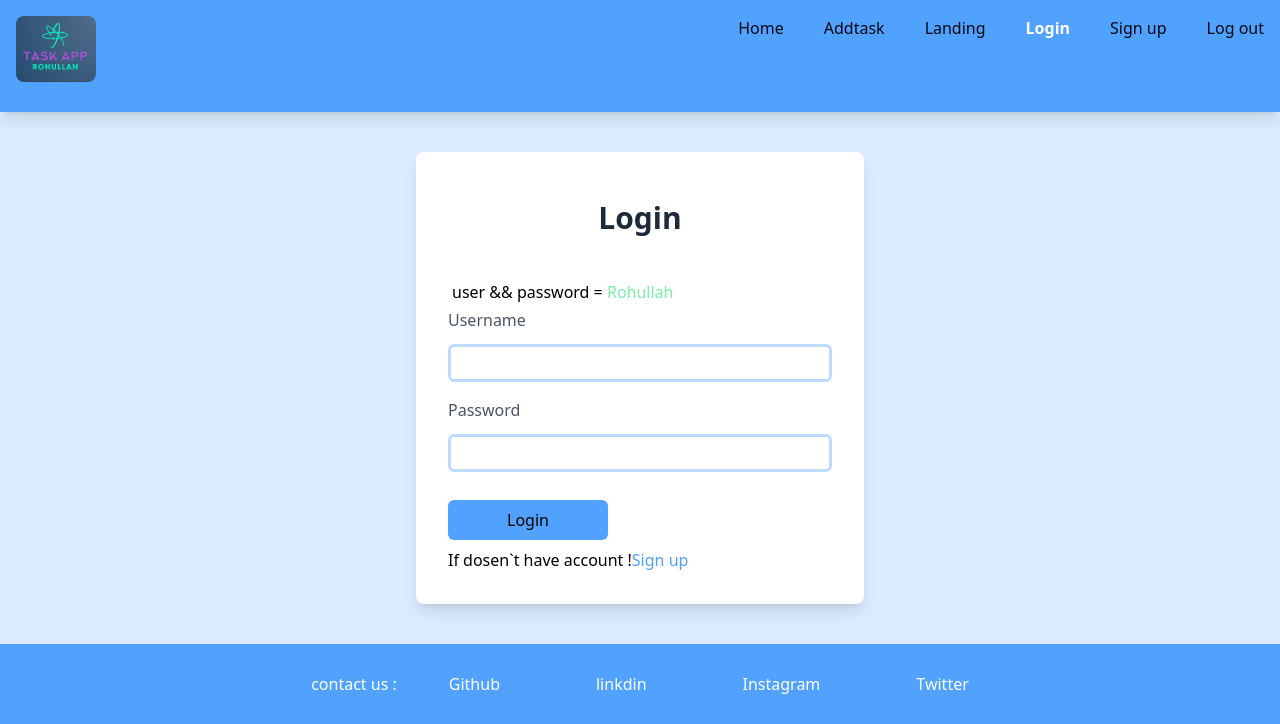
Repository: Rohullah-Noori/TaskApp
Page: /
These files come from the project's save history. The page is drawn as it stood at one moment and after the next save; the edit follows.
The browser window is 1280 px wide. The pictures show the whole page.
The project was rebuilt for these pictures with package versions that can differ from the ones it lists, and the page was loaded fresh each time. Also part of the build but not shown: vite.config.js, src/components/Loader.jsx, src/pages/Landing.jsx, src/pages/Home.jsx, src/pages/Signup.jsx, src/pages/Addtask.jsx, src/pages/Edittask.jsx, src/pages/Errorpage.jsx and 1 more.

Above is the page before, as saved 2025-03-13 13:33:57.

### src/index.css
@import "tailwindcss";

.input {
  @apply border-3 border-blue-200 focus:outline-blue-500 w-full rounded-md p-1;
}

.containerForm {
  @apply flex items-center justify-center  p-10 h-[90%] bg-blue-100 flex-grow overflow-y-auto;
}
.parentContainerForm {
  @apply max-w-md bg-white p-8 rounded-lg shadow-lg w-[90%];
}

.heading {
  @apply text-xl sm:text-2xl md:text-3xl font-bold mb-6 text-gray-800 text-center p-1 md:p-4;
}

.taskContainer {
  @apply bg-blue-100 lg:h-full min-h-107 justify-center flex;
}
.taskinnerContainer {
  @apply mt-10 text-center h-[90%]  shadow-lg bg-amber-50  rounded-xl p-10  max-w-md w-full;
}

.btndesign {
  @apply mt-3 cursor-pointer rounded-md py-2 mb-2 w-[50%] text-wrap sm:w-40 bg-blue-400  hover:bg-blue-500 hover:text-white;
}

### src/App.jsx
import { TasksProvider } from "./components/TaskContext";
import { BrowserRouter as Router, Routes, Route } from "react-router-dom";
import PrivateRoute from "./components/PrivateRoute";
import { AuthProvider } from "./components/PrivateContext";
import Landing from "./pages/Landing";
import Home from "./pages/Home";
import Login from "./pages/Login";
import Signup from "./pages/Signup";
import Addtask from "./pages/Addtask";
import Edittask from "./pages/Edittask";
import Errorpage from "./pages/Errorpage";
import Logout from "./pages/Logout";

function App() {
  return (
    <>
      <Router>
        <AuthProvider>
          <TasksProvider>
            <Routes>
              <Route path="/" element={<PrivateRoute />}>
                <Route index element={<Landing />} />
                <Route path="/addtask" element={<Addtask />} />
                <Route path="/home" element={<Home />} />
                <Route path="/edit-task/:taskId" element={<Edittask />} />
              </Route>

              <Route path="/login" element={<Login />} />

              <Route path="/signup" element={<Signup />} />
              <Route path="/logout" element={<Logout />} />

              <Route path="/*" element={<Errorpage />} />
            </Routes>
          </TasksProvider>
        </AuthProvider>
      </Router>
    </>
  );
}

export default App;

### src/components/TaskContext.jsx
import { createContext, useContext, useState } from "react";

const TaskContext = createContext();
export const TasksProvider = ({ children }) => {
  const [tasks, setTasks] = useState([]);
  const [loading, setIsloading] = useState(false);
  const addtask = (newtask) => {
    setTasks((prevtask) => [...prevtask, newtask]);
  };

  const updateTask = (taskId, taskdata) => {
    setTasks((prevtask) =>
      prevtask.map((task) =>
        task.id === Number(taskId)
          ? {
              ...task,
              title: taskdata.title,
              startTime: taskdata.startTime,
              endTime: taskdata.endTime,
            }
          : task
      )
    );
  };

  return (
    <TaskContext.Provider
      value={{
        tasks,
        addtask,
        setTasks,
        loading,
        setIsloading,
        updateTask,
      }}
    >
      {children}
    </TaskContext.Provider>
  );
};

export const useTasks = () => useContext(TaskContext);

### src/components/PrivateRoute.jsx
import { Navigate, Outlet } from "react-router-dom";
import { useAuth } from "./PrivateContext";

// function PrivateRoute({ element, ...res }) {
//   const { islogin } = useAuth();
//   return islogin ? (
//     <Route {...res} element={element} />
//   ) : (
//     <Navigate to="/login" />
//   );
// }

// function PrivateRoute({ element, ...res }) {
//   const { islogin } = useAuth();
//   return (
//     <Route {...res} element={islogin ? element : <Navigate to="/login" />} />
//   );
// }

// export default PrivateRoute;

export default function PrivateRoute() {
  const { islogin } = useAuth();
  return islogin ? <Outlet /> : <Navigate to="/login" />;
}

### src/components/PrivateContext.jsx
import { createContext, useContext, useEffect, useState } from "react";
import { useNavigate } from "react-router-dom";

const AuthContext = createContext();
export const AuthProvider = ({ children }) => {
  const [islogin, setIslogin] = useState(() => {
    return localStorage.getItem("islogin") === "true" ? true : false;
  });
  const navigate = useNavigate();

  useEffect(
    function () {
      localStorage.setItem("islogin", JSON.stringify(islogin));
    },

    [islogin]
  );

  const login = () => {
    setIslogin(true);
    navigate("/");
  };

  const logout = () => {
    setIslogin(false);
    navigate("/login");
  };

  return (
    <AuthContext.Provider value={{ login, logout, islogin }}>
      {children}
    </AuthContext.Provider>
  );
};

export const useAuth = () => useContext(AuthContext);

### src/pages/Login.jsx
import Navbar from "../components/Navbar";
import { useState } from "react";
import { Link, useNavigate } from "react-router-dom";
import Loader from "../components/Loader";
import Button from "../components/Button";
import { useAuth } from "../components/PrivateContext";
import Footer from "../components/Footer";

function Login() {
  const [message, setMessage] = useState("");
  const [loading, setIsloading] = useState(false);
  const [password, setPassword] = useState("");
  const [username, setUsername] = useState("");
  const { login } = useAuth();
  const validusername = "Rohullah";
  const validpassword = "Rohullah";

  // const navigate = useNavigate();

  function handlesubmit(e) {
    e.preventDefault();
    setIsloading(true);
    setMessage("");
    if (username === validusername && password === validpassword) {
      setTimeout(() => {
        setIsloading(false);
        setMessage("login successfully");
        // setTimeout(() => {
        //   navigate("/");
        // }, 500);
        login();
      }, 1000);
    } else {
      setMessage("Invalid Usrename or Password");
      setIsloading(false);
    }
  }
  return (
    <>
      <Navbar />
      <div className="containerForm">
        <div className="parentContainerForm ">
          <h2 className="heading">Login</h2>
          <p className="p-1">
            user && password = <span className="text-green-300">Rohullah</span>
          </p>
          {loading && <Loader />}
          {message && (
            <div
              className={`${
                message === "login successfully"
                  ? "bg-green-100 text-green-700 border-green-500"
                  : "bg-red-100 text-red-700 border-red-500"
              }`}
            >
              {message}
            </div>
          )}

          <form action="" onSubmit={handlesubmit} className="space-y-4">
            <div className=" space-y-3  ">
              <label
                htmlFor="username"
                className="block text-md font-md text-gray-600"
              >
                Username
              </label>

              <input
                type="text"
                id="username"
                value={username}
                onChange={(e) => setUsername(e.target.value)}
                className="input"
              />
            </div>

            <div className=" space-y-3 ">
              <label
                htmlFor="password"
                className="block text-md font-md text-gray-600"
              >
                Password
              </label>
              <input
                type="password"
                id="password"
                value={password}
                onChange={(e) => setPassword(e.target.value)}
                className="input"
              />
            </div>
            <div className="flex">
              <Button type="submit">Login</Button>
            </div>
          </form>

          <div>
            <h3>
              If dosen`t have account !
              <Link
                to={"/signup"}
                className=" text-blue-400 hover:text-blue-600"
              >
                Sign up
              </Link>
            </h3>
          </div>
        </div>
      </div>
      <Footer />
    </>
  );
}

export default Login;

### src/components/Button.jsx
function Button({ children, onClick, disabled }) {
  return (
    <button onClick={onClick} disabled={disabled} className="btndesign">
      {children}
    </button>
  );
}

export default Button;

### src/components/Navbar.jsx
import { Link, useLocation } from "react-router-dom";
import { useState } from "react";
function Navbar() {
  const location = useLocation();
  const [Open, setIsOpen] = useState(false);

  function Toggle() {
    setIsOpen(!Open);
  }

  return (
    <nav className="bg-blue-400  flex shadow-lg p-4  justify-between    sticky top-0 z-10 ">
      <div className="size-20  ">
        <img src="../src/assets/logo/Capture.PNG" className="rounded-lg" />
      </div>
      <div className="lg:hidden">
        <button className="text-white" onClick={Toggle}>
          <svg
            xmlns="http://www.w3.org/2000/svg"
            fill="none"
            viewBox="0 0 24 24"
            stroke="currentColor"
            className="h-6 w-6"
          >
            <path
              strokeLinecap="round"
              strokeLinejoin="round"
              strokeWidth="2"
              d="M4 6h16M4 12h16M4 18h16"
            />
          </svg>
        </button>
      </div>
      <ul className=" hidden lg:flex space-x-10">
        {[
          {
            path: "/home",
            label: "Home",
          },
          {
            path: "/addtask",
            label: "Addtask",
          },
          {
            path: "/",
            label: "Landing",
          },
          {
            path: "/login",
            label: "Login",
          },

          {
            path: "/signup",
            label: "Sign up",
          },
          {
            path: "/logout",
            label: "Log out",
          },
        ].map((item) => (
          <li key={item.path}>
            <Link
              to={item.path}
              className={`hover:text-amber-50 active:text-amber-50 ${
                location.pathname === item.path
                  ? "text-white font-bold"
                  : "text-gray-950"
              }`}
            >
              {item.label}
            </Link>
          </li>
        ))}
      </ul>
      <div
        className={`${
          Open ? "block" : "hidden"
        } absolute w-full top-24 flex flex-col justify-center items-start pl-6  text-center left-0 bg-blue-400 text-white text-center py-4`}
      >
        {[
          {
            path: "/home",
            label: "Home",
          },
          {
            path: "/addtask",
            label: "Addtask",
          },
          {
            path: "/",
            label: "Landing",
          },
          {
            path: "/login",
            label: "Login",
          },

          {
            path: "/signup",
            label: "Sign up",
          },
          {
            path: "/edittask",
            label: "Edit",
          },
        ].map((item) => (
          <Link
            key={item.path}
            to={item.path}
            className={`hover:text-amber-50 active:text-amber-50 ${
              location.pathname === item.path
                ? "text-white font-bold"
                : "text-gray-950"
            }`}
          >
            {item.label}
          </Link>
        ))}
      </div>
    </nav>
  );
}

export default Navbar;

### src/components/Footer.jsx
function Footer() {
  return (
    // <div className=" w- md:w-full ">

    // </div>
    <div className="bg-blue-400 w-screen   md:w-full min-h-20 pt-2 pb-2 flex flex-wrap    justify-center  space-x-5 lg:space-x-13 text-white items-center">
      <div>
        <h1>contact us :</h1>
      </div>
      <div className="flex flex-wrap md:flex-row space-x-10 md:space-x-24 cursor-pointer justify-center">
        <span>Github</span>
        <span>linkdin</span>
        <span>Instagram</span>
        <span>Twitter</span>
      </div>
    </div>
  );
}

export default Footer;

Loaded but not shown: index.html (common file); src/main.jsx (common file)

After the next save:
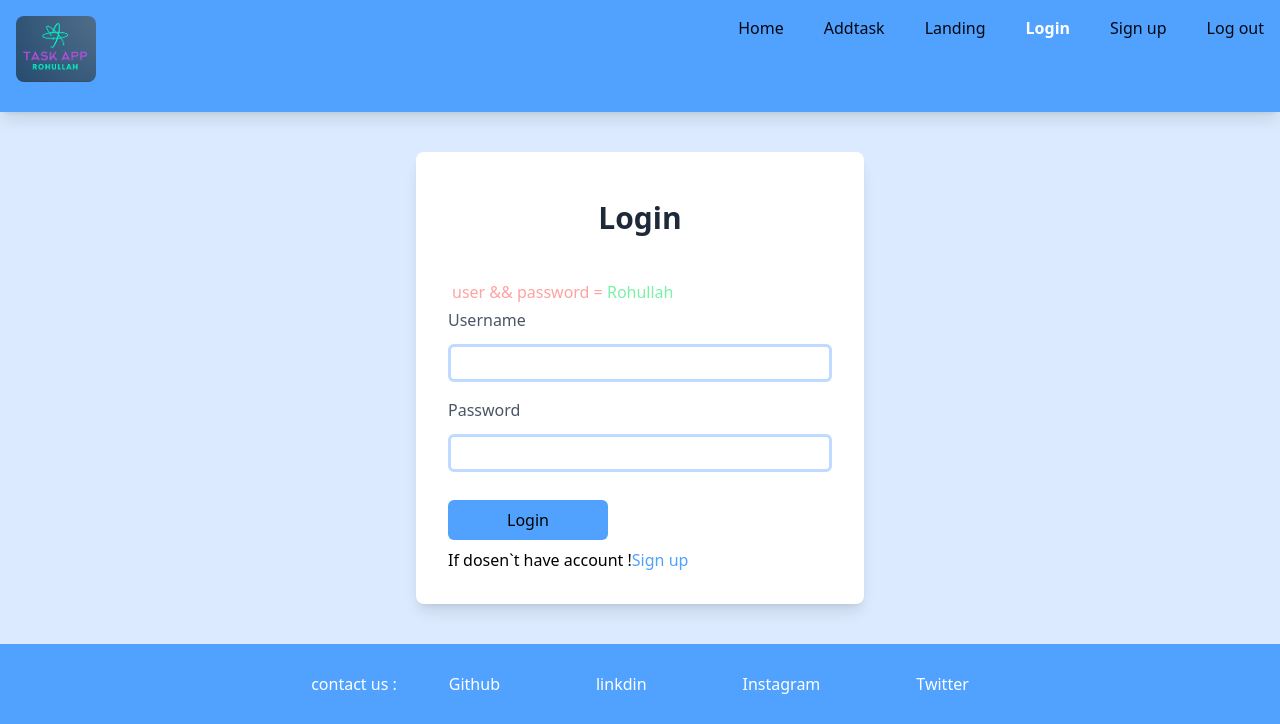
Saved 9 s later.
--- a/src/pages/Login.jsx
+++ b/src/pages/Login.jsx
@@ -41,7 +41,7 @@ function Login() {
       <div className="containerForm">
         <div className="parentContainerForm ">
           <h2 className="heading">Login</h2>
-          <p className="p-1">
+          <p className="p-1 text-red-300">
             user && password = <span className="text-green-300">Rohullah</span>
           </p>
           {loading && <Loader />}
